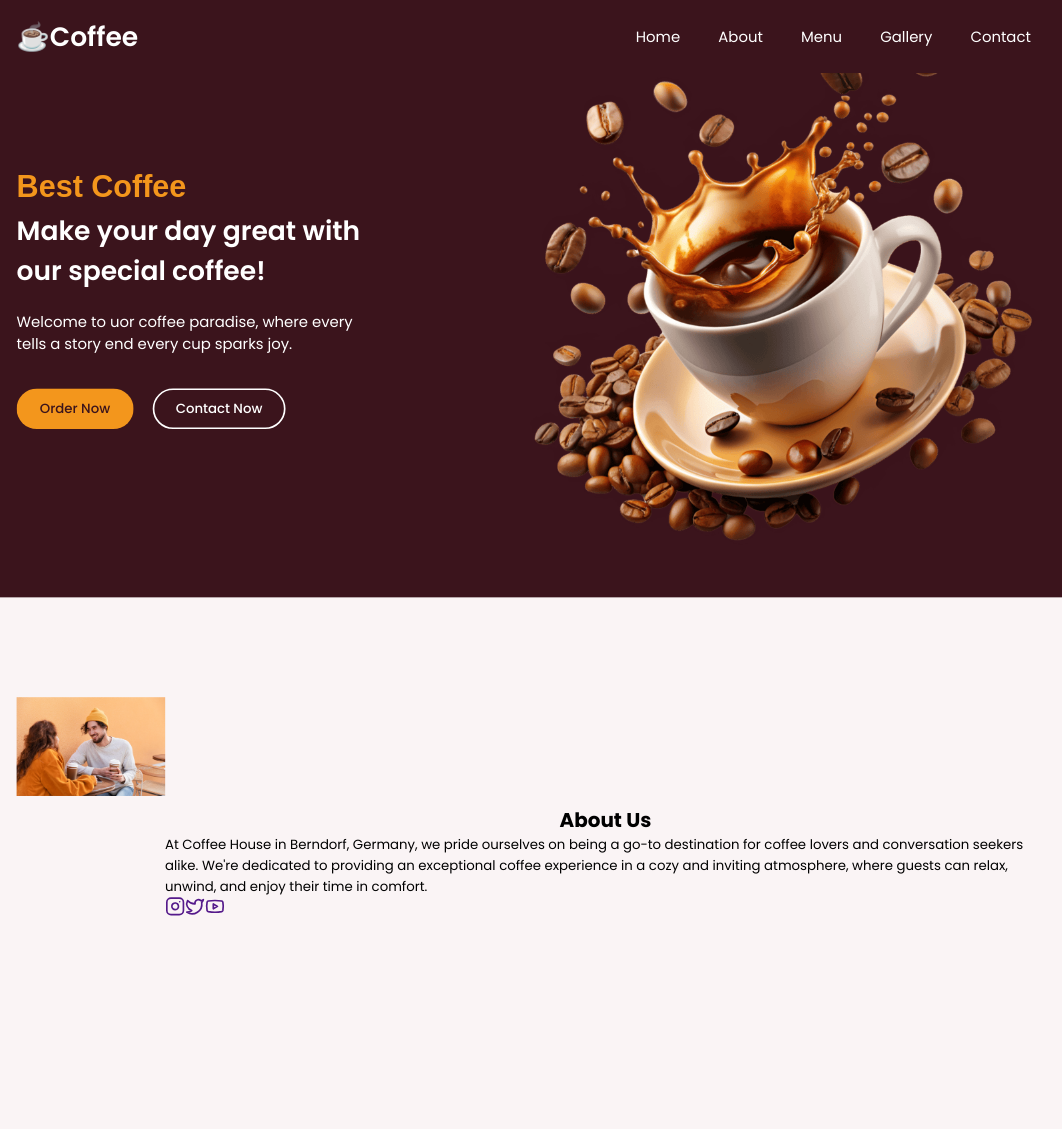
Repository: guilhermecardoso93/coffe-site-vite
Page: /
These files come from the project's save history. The page is drawn as it stood at one moment and after the next save; the edit follows.
The browser window is 1280 px wide. The pictures show the whole page, at 83% of full size.
Some web fonts or font styles are not loaded; a fallback is used. The project was rebuilt for these pictures with package versions that can differ from the ones it lists, and the page was loaded fresh each time. Also part of the build but not shown: vite.config.js.

Above is the page before, as saved 2024-11-20 12:27:36.

After the next save:
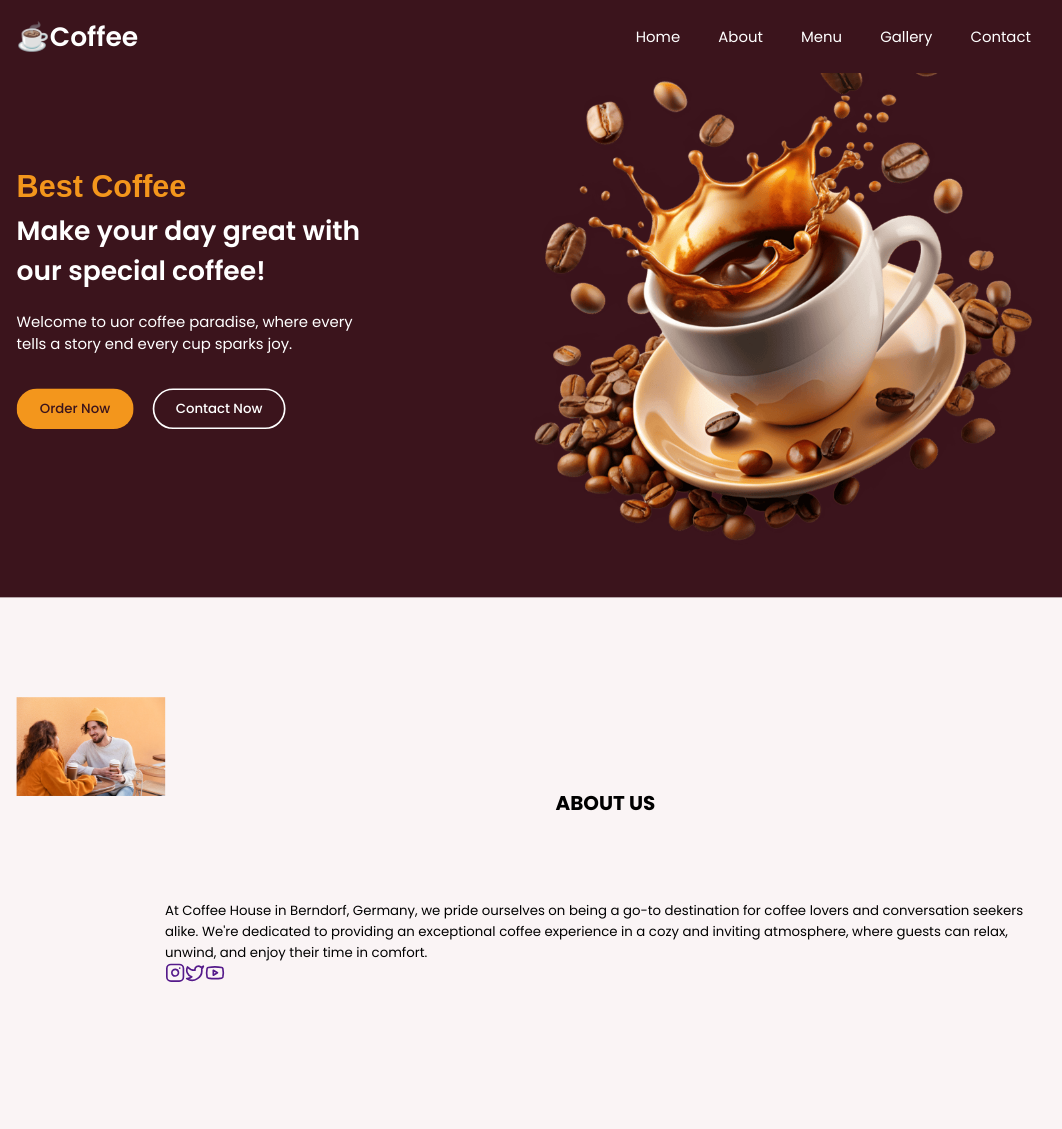
Saved 24 s later.
--- a/src/index.css
+++ b/src/index.css
@@ -63,6 +63,8 @@
 
 .section-title {
   text-align: center;
+  padding: 60px 0 100px;
+  text-transform: uppercase;
 }
 
 
